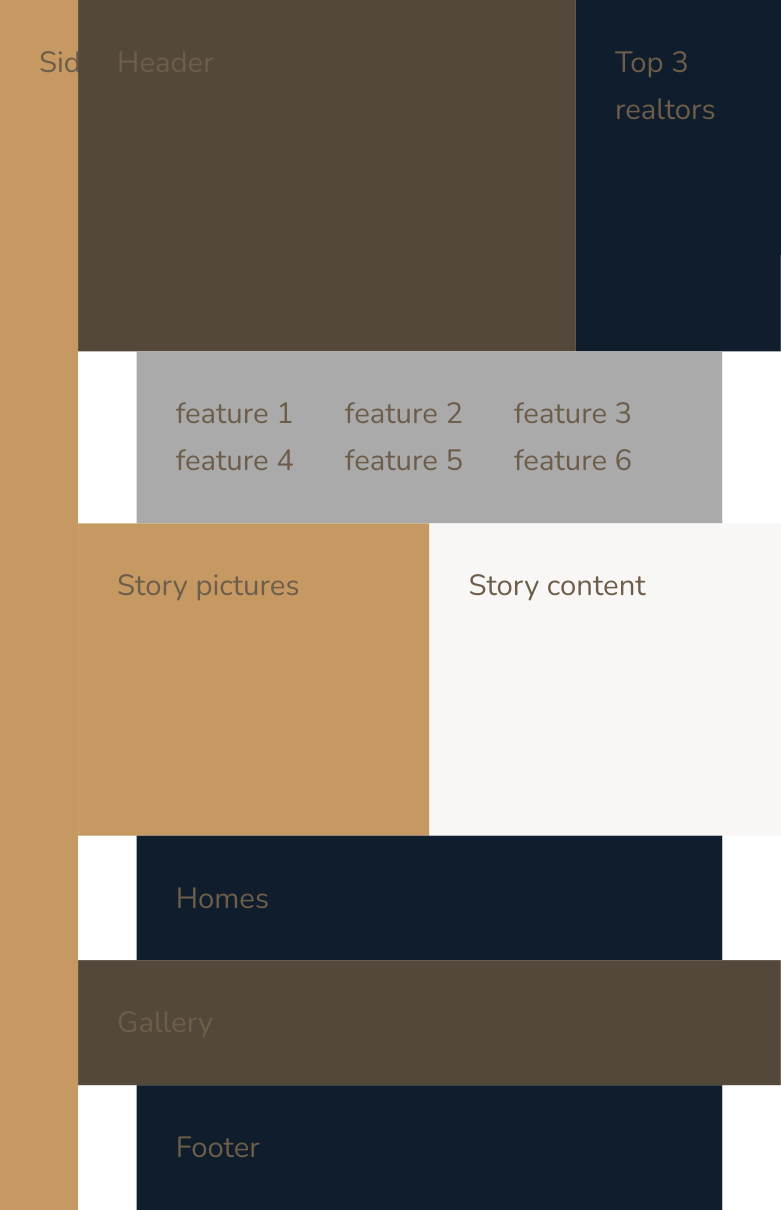
Repository: achwesiuk/nexter
Page: index.html
The author's editor kept a copy of each file at every save. The page is drawn from the files as they stood at one save, then again after the next save.
The browser window is 1280 px wide. The pictures show the whole page, at 61% of full size.
The style sheet was rebuilt from its Sass, Less or Tailwind sources for each picture, by a compiler version that may differ from the author's.

Above is the page before, as saved 2021-02-19 17:07:19.

After the next save:
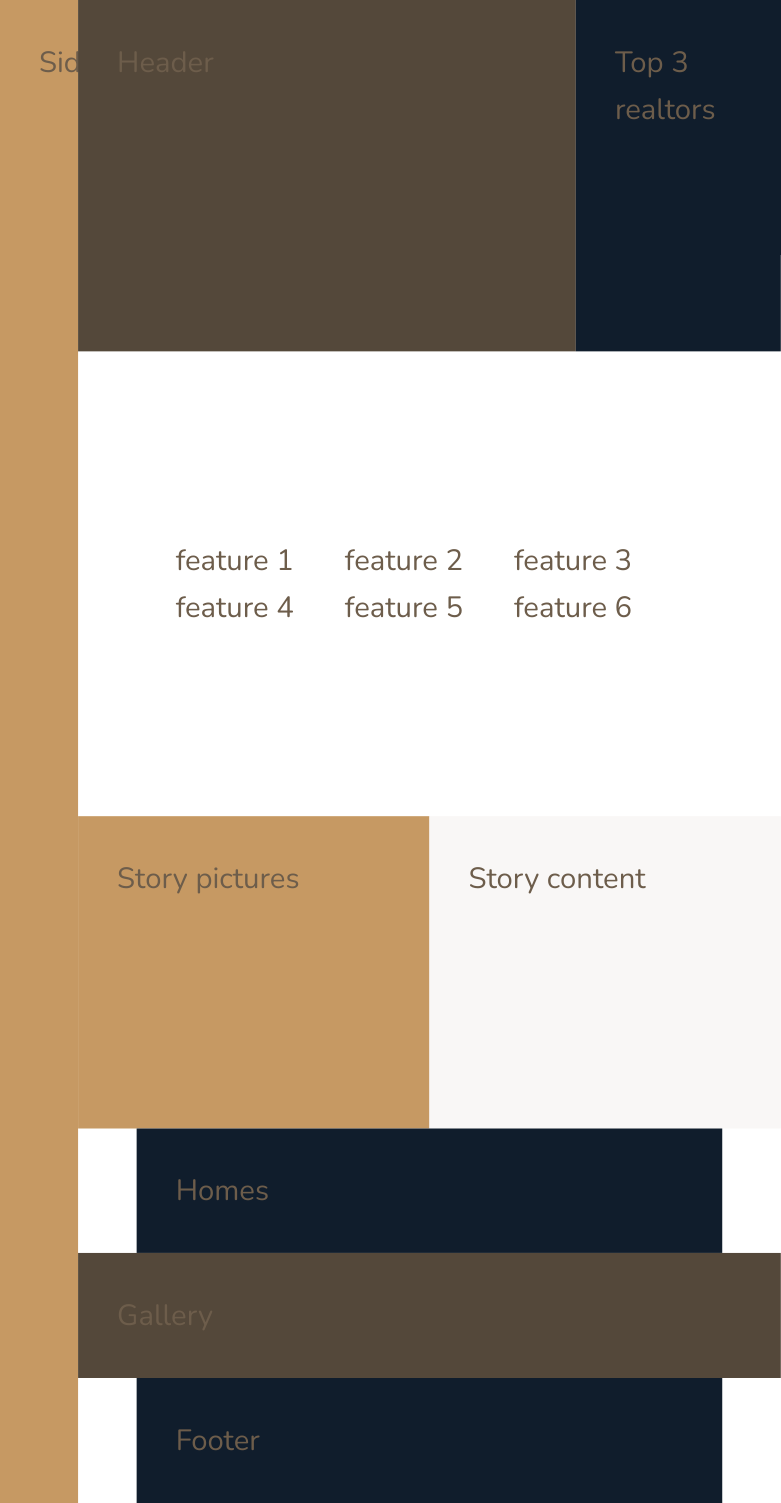
Saved 81 s later.
--- a/sass/_features.scss
+++ b/sass/_features.scss
@@ -1,6 +1,7 @@
 .features {
-    background-color: $color-grey-light-2;
     grid-column: center-start / center-end;
+
+    margin: 15rem 0;
 
     display: grid;
     grid-template-columns: repeat(3, 1fr);
